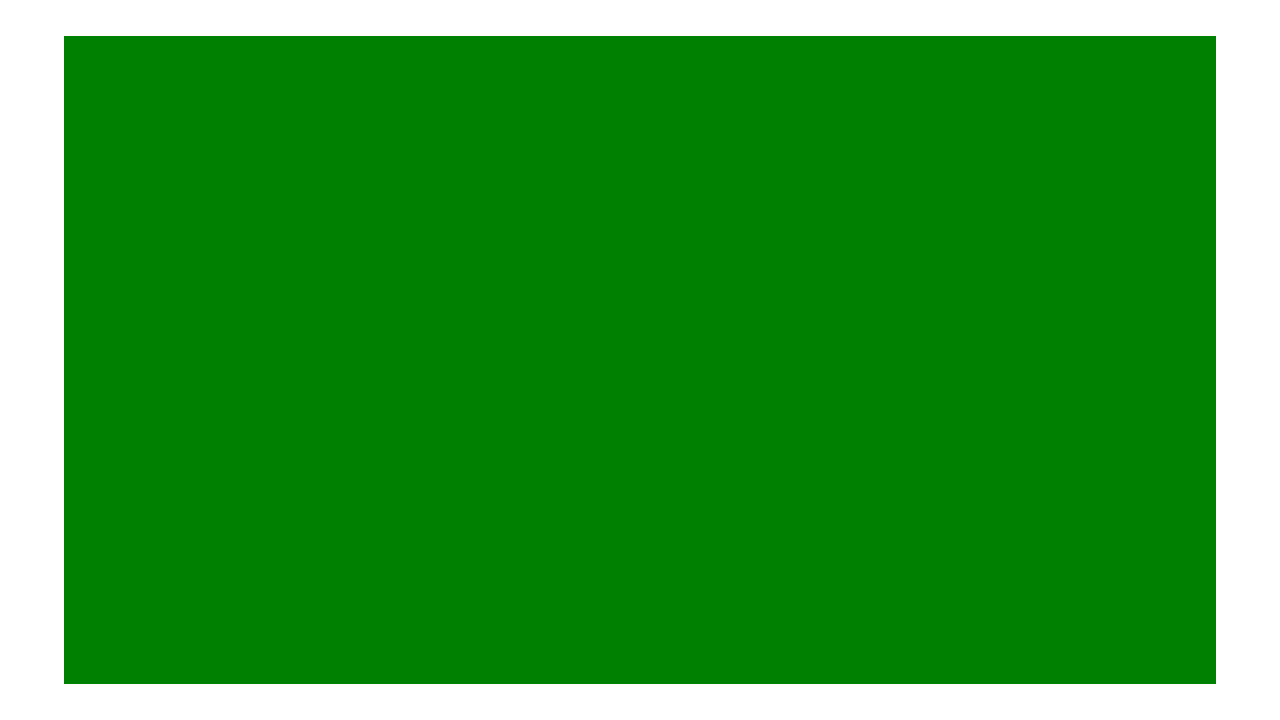
Repository: ketansharma22/BubbleGame
Page: index.html
An editor plug-in stored every save of this project. The page is shown before and after the next save, followed by the edit.
The browser window is 1280 px wide. The pictures show the whole page.

Above is the page before, as saved 2024-02-18 22:45:55.

### index.html
<!DOCTYPE html>
<html lang="en">
<head>
    <meta charset="UTF-8">
    <meta name="viewport" content="width=device-width, initial-scale=1.0">
    <title>BubbleGame</title>
    <link rel="stylesheet" href="styles.css">
</head>
<body>
    <div class="main">
        <div class="show">

        </div>
    </div>
</body>
</html>

### styles.css
*{
    margin: 0;
    padding: 0;
    box-sizing: border-box;
}
html,body{
    width: 100%;
    height: 100%;
}
.main{
    display: flex;
    justify-content: center;
    align-items: center;
    width: 100%;
    height: 100%;
}
.show{
    width: 90%;
    height: 90%;
    background-color: green;
}

After the next save:
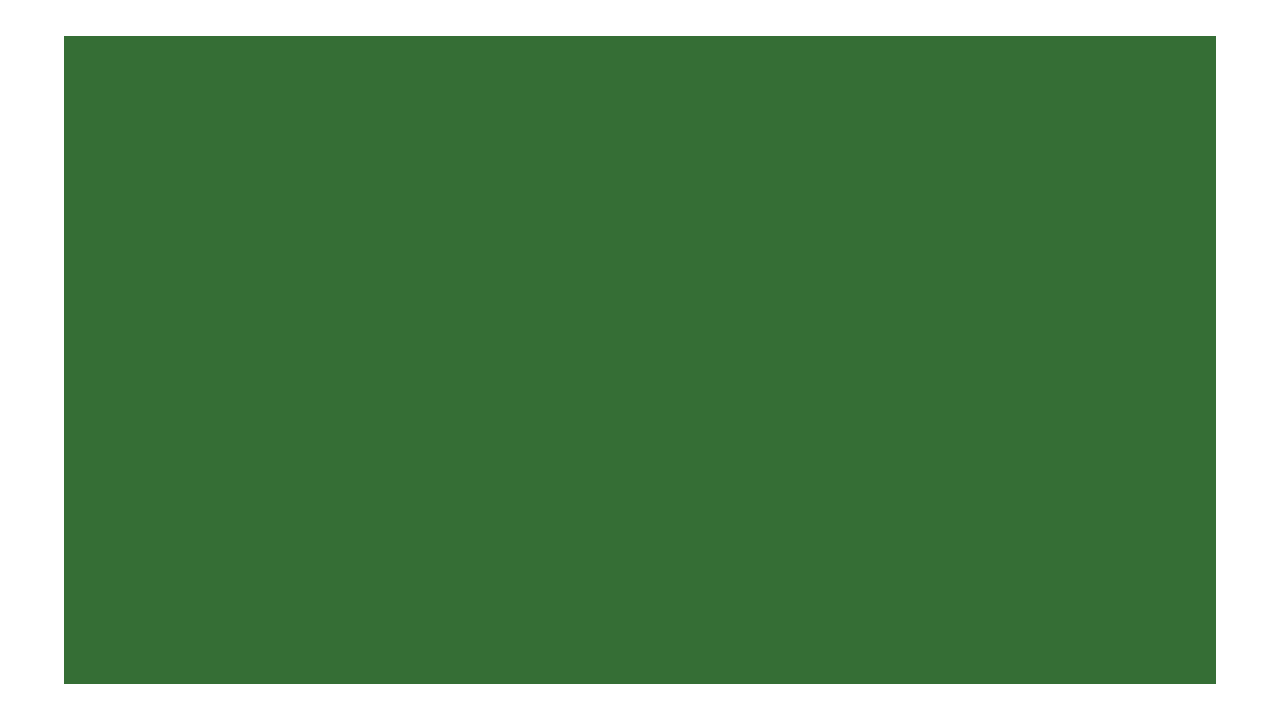
Saved 4 s later.
--- a/styles.css
+++ b/styles.css
@@ -17,5 +17,5 @@
 .show{
     width: 90%;
     height: 90%;
-    background-color: green;
+    background-color: rgb(53, 110, 53);
 }
